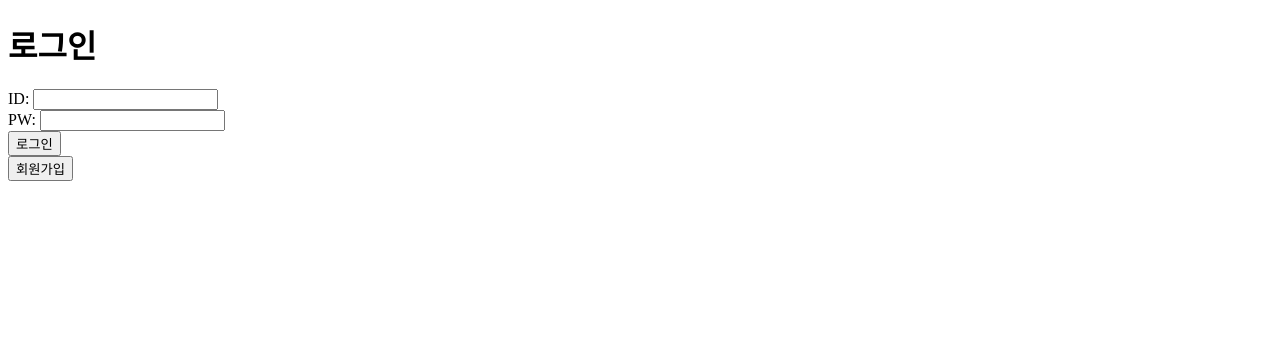
Repository: euniiee/test11
Page: http://localhost/Project/Login.jsp
These files come from the project's save history. The page is drawn as it stood at one moment and after the next save; the edit follows.
The browser window is 1280 px wide. The pictures show the whole page.
The page is served by Tomcat 9.

Above is the page before, as saved 2023-02-01 01:02:49.

After the next save:
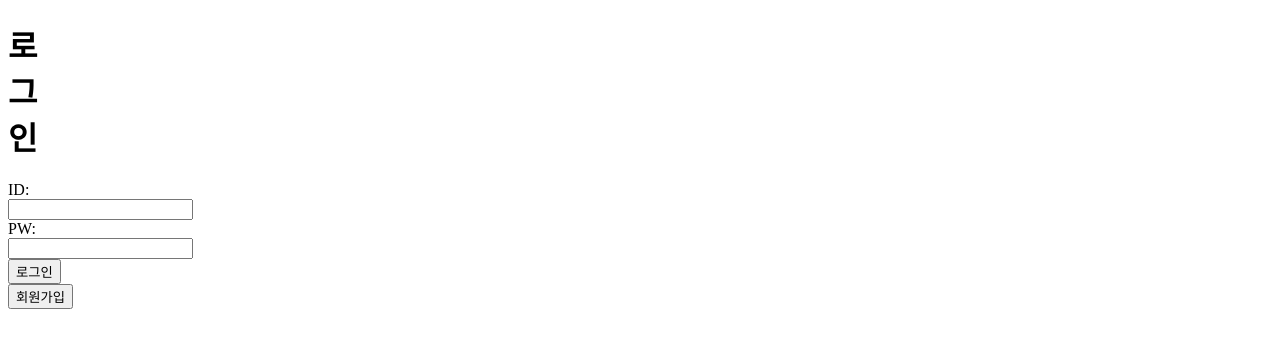
Saved 28 s later.
--- a/Project/WebContent/Login.jsp
+++ b/Project/WebContent/Login.jsp
@@ -11,7 +11,7 @@
 </style>
 </head>
 <body>
-	<div>
+	<div style="width: 50px">
 		<h1>로그인</h1>
 		ID: <input type="text" class="id" name="id"><br/>
 		PW: <input type="password" class="pw" name="pw"><br/>

After the save that followed:
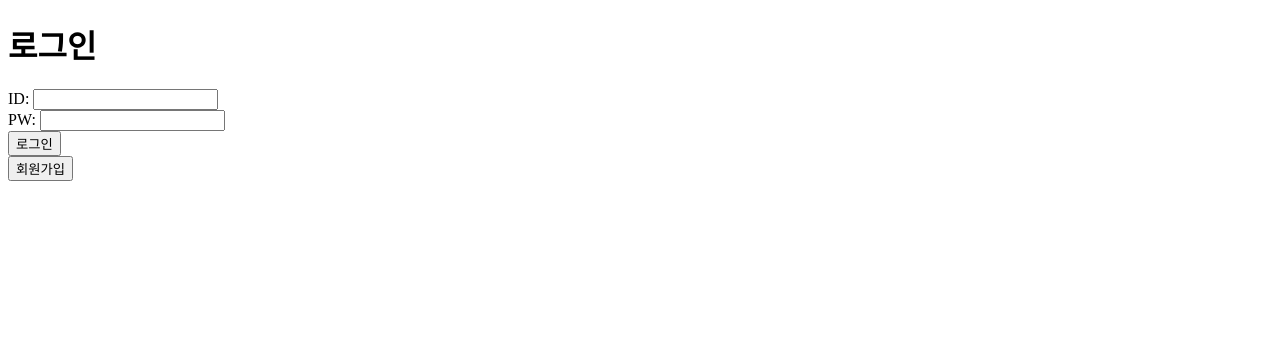
Saved 10 s later.
--- a/Project/WebContent/Login.jsp
+++ b/Project/WebContent/Login.jsp
@@ -11,7 +11,7 @@
 </style>
 </head>
 <body>
-	<div style="width: 50px">
+	<div style="width: 500px">
 		<h1>로그인</h1>
 		ID: <input type="text" class="id" name="id"><br/>
 		PW: <input type="password" class="pw" name="pw"><br/>
